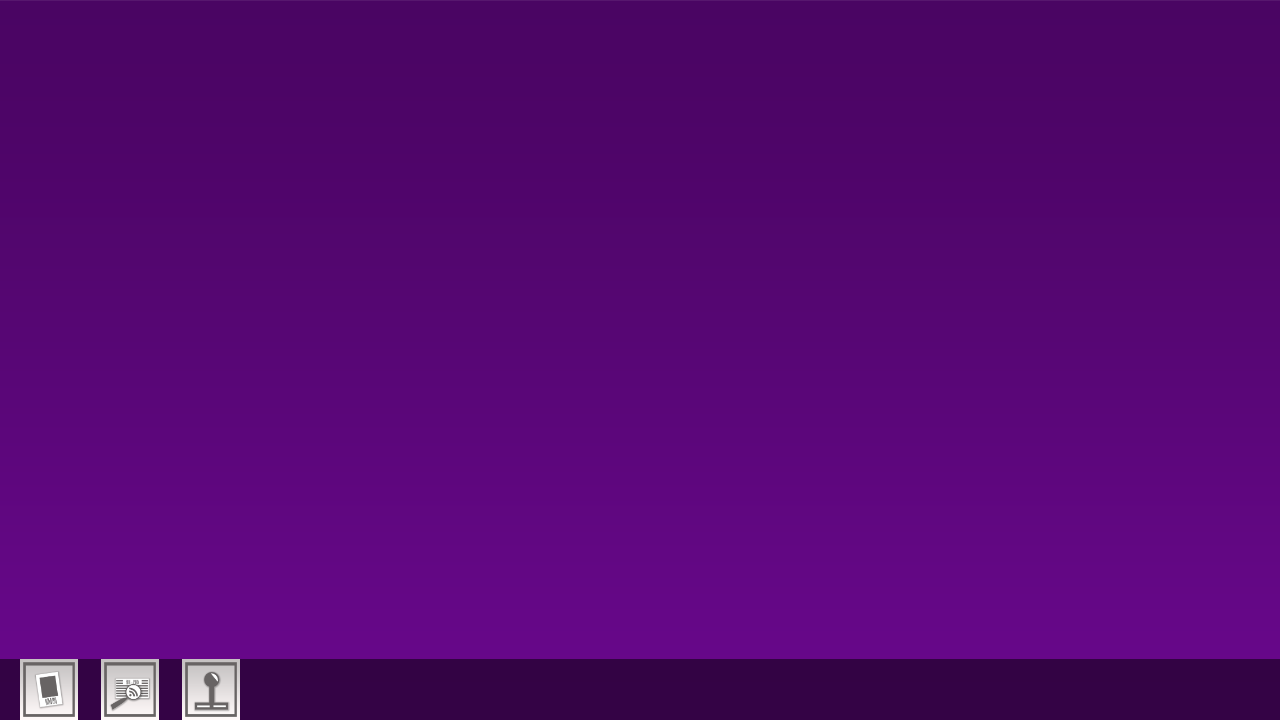
Repository: hj222hi/1dv403-laborationer
Page: 5 - pwd/index.html
The author's editor kept a record of every edit. The page is drawn from the files as they stood at one moment, then again after the next edit.
The browser window is 1280 px wide. The pictures show the whole page.

Above is the page before.

### 5 - pwd/index.html

<!DOCTYPE html>
<html lang="sv">
<head>
	<meta charset="UTF-8" />
 	<title>Da PWD!</title>
 	<link rel="stylesheet" type="text/css" href="css/style.css">
</head>
	<body id="dabody">

			<div id="wrapper">
			    <template id="template">
			        <div class="window">
			            <div class="windowtop">
			            	<img class="wimg"></img>
			                <p class="wname"></p>
			                <a href="#"><img class="closeb" src="css/closeb.png"></img></a>

			            </div>
			            <div class="windowcenter">

			            </div>
			            <div class="windowbottom">
			                <div class="hidden"></div><img src="pics/load.gif" class="load"><p class="loadtext">Laddar...</p> </div>
			            </div>

			        </div>

			 </template>

			</div>
			<div id="fotter">
				<a id="picslink" href="#"> <img class="foticons" src="pics/pics.png"/> </a>
				<a id="rsslink" href="#"> <img class="foticons" src="pics/rss.png"/> </a>
				<a id="memolink" href="#"> <img class="foticons" src="pics/game.png"/> </a>
			</div>
			 <script type="text/javascript" src="javascript/variables.js"></script>
			 <script type="text/javascript" src="javascript/random.js"></script>
              	 <script type="text/javascript" src="javascript/memory.js"></script>


              	 <script src="javascript/Rss.js"></script>
              	 <script src="javascript/gallery.js"></script>
              	 <script src="javascript/window.js"></script>
              	 <script src="javascript/init.js"></script>
              	 <script src="javascript/Start.js"></script>




    </body>
</html>

### 5 - pwd/css/style.css
@font-face {
    font-family: rubrik;
    src: url(poty.ttf);
}

#dabody{

	background-image: url("bak.png");

	margin:0px;
	padding:0px;
}

h3{
	font-family: rubrik;
	font-size: 90px;
	letter-spacing: 10px;
	color: white;
	margin-left: 37.5%;
	}
p{
    font-family:arial;
    color:white;
    font-size: 9px;
    margin-top: 2px;

}
#wrapper{
	margin: auto;
	width: 100%;
}

#fotter{
	color: white;
	/*opacity: 0.5; */
	font-family: arial;
    background-color: rgba(0,0,0,0.5);
    width: 100%;
    position: absolute;
    bottom: 0px;

    height: 61px;

}
a{
	color: white;
	text-decoration: none;
}

.window{
    height: 308px;
    width:444px;
-webkit-border-radius: 12px;
-moz-border-radius: 12px;
border-radius: 12px;
-webkit-box-shadow: 3px 3px 21px 0px rgba(28, 21, 28, 0.75);
-moz-box-shadow:    3px 3px 21px 0px rgba(28, 21, 28, 0.75);
box-shadow:         3px 3px 21px 0px rgba(28, 21, 28, 0.75);

margin:10px;
position: absolute;
z-index: 0;
}

.windowtop{
     background-color: #350348;

    height: 25px;
/*margin-top: 20%;*/
padding-left: 22px;
-webkit-border-top-left-radius: 12px;
-webkit-border-top-right-radius: 12px;
-moz-border-radius-topleft: 12px;
-moz-border-radius-topright: 12px;
border-top-left-radius: 12px;
border-top-right-radius: 12px;
}

.windowname{
    font-family: arial;
color: white;
float: left;
font-size: 15px;
    margin: 0px;
}

.closeb{

    width: 13px;
    float: left;
    margin-top: 1%;
    margin-left: 72%;

    transition-property: transform;
    transition-duration: 10s;
    transition-timing-function: linear;
    transition-delay: 0s;

}
.closeb:hover{
    -ms-transform: rotate(3600deg); /* IE 9 */
    -webkit-transform: rotate(3600deg); /* Chrome, Safari, Opera */
    transform: rotate(3600deg);
}

.windowcenter{

    clear: both;
    background-color: rgb(216, 216, 216);
    height: 267px;
    width: 100%;
    margin-bottom: 0px;
    overflow-y: scroll;

}

.windowbottom{

   background-color: #350348;
margin: 0px;
height: 15px;
padding-top: -1px;
padding-top: 1px;
padding-left: 22px;
-webkit-border-bottom-left-radius: 12px;
-moz-border-radius-bottomleft: 12px;
border-bottom-left-radius: 12px;
}

.foticons{
    width: 58px;
    margin-left:20px;
    position:absolute;
    top:0;
    z-index:3;
    transition-property: width, top;
    transition-duration: 0.3s;
    transition-timing-function: linear;
    transition-delay: 0s;

}
.imgs{
    width: 72px;
float: left;
margin-left: 20px;
margin-top: 20px;
}
.foticons:hover{
    width:80px;
    top:-33px;
}

.tumbholder{

    float: left;
    background-color: rgb(188, 188, 188);
    margin: 5px;
    text-align: center;
   padding-top: 3px;
padding-bottom: 3px;
}

.load{
    height: 20px;

margin-top: -6px;
float: left;
}

.loadtext{
    float: left;

}

.hidden{
    display:none;
}

.hidden .load{
    display:none;
}

.hidden .loadtext{
    display:none;
}

.show{
    display: block;
}

#rsslink{
    margin-left: 81px;
}

.rssFeed a{
    font-family: arial;
color: black;
font-size: 9px;
}

.rssFeed h2{
    font-family: arial;
margin-bottom: 0px;
}

.rssFeed p{
    font-family: arial;
color: black;
font-size: 16px;
}

.rssFeed p a{
     font-family: arial;
color: black;
font-size: 16px;
text-decoration: underline;
}

#memolink{
    margin-left: 81px;
}

table tr td img{
    width:129px;
}

.scorep{
    font-family: arial;
font-size: 20px;
margin-left: 10px;
color: black;
}

.wname{
    float: left;
font-size: 18px;
margin-bottom: -10px;
}

.wimg{
    width: 22px;
float: left;
margin-right: 10px;
}

### 5 - pwd/javascript/variables.js
 var variables = {
       xhr: new XMLHttpRequest(),
   windowCounter: -1,

       zindexNumber: 0,
       marginTop: 30,
  };

### 5 - pwd/javascript/random.js
"use strict";
var RandomGenerator = {

	/*
		Denna metod tar antalet rader och columner som inparameter.

		Metoden returnerar en array innehållandes utslumpade tal mellan 1 och (rows*cols)/2. Varje tal representeras två
		gånger och motsvarar således en spelbricka.

		I en 4*4 matris kan Arrayen t.ex. se ut så här:
		[1,2,6,8,6,2,5,3,1,3,7,5,8,4,4,7]

		I en 2*4 matris kan Arrayen t.ex. se ut så här:
		[3,4,4,1,2,1,2,3]
	*/

	getPictureArray: function(rows, cols)
	{
		var numberOfImages = rows*cols;
		var maxImageNumber = numberOfImages/2;

	   	var imgPlace = [];

	   //Utplacering av bilder i Array
	   for(var i=0; i<numberOfImages; i++)
		  imgPlace[i] = 0;

		for(var currentImageNumber=1; currentImageNumber<=maxImageNumber; currentImageNumber++)
		{
			var imageOneOK = false;
			var imageTwoOK = false;

			do
			{
				if(imageOneOK == false)
				{
					var randomOne = Math.floor( (Math.random() * (rows*cols-0) + 0) );

					if( imgPlace[randomOne] == 0 )
					{
						imgPlace[randomOne] = currentImageNumber;
						imageOneOK = true;
					}
				}

				if(imageTwoOK == false)
				{
					var randomTwo = Math.floor( (Math.random() * (rows*cols-0) + 0) );

					if( imgPlace[randomTwo] == 0 )
					{
						imgPlace[randomTwo] = currentImageNumber;
						imageTwoOK = true;
					}
				}
			}
			while(imageOneOK == false || imageTwoOK == false);
		}

		return imgPlace;
	}
}

### 5 - pwd/javascript/memory.js
"use strict";
var Memory = {
	pics: [],
	cols: 4,
	rows: 4,
	pressed: [],
	rightpics: [],
	klickcounter: [],

	initMemory: function(){
		//var rimg
		Memory.pics =  RandomGenerator.getPictureArray(Memory.cols, Memory.rows );
		//.push(rimg)
		console.log(Memory.pics);
		console.log("46");
		WindowCapselr.loadCloseButton(variables.windowCounter);
		Memory.renderGame();
	},
	renderGame: function(){

		var table = document.createElement("table");


		for(var i = 0; i < Memory.rows; ++i){
		var row = document.createElement("tr");


			for (var j = 0; j < Memory.cols; ++j) {
				var col = document.createElement("td");
				var a = document.createElement("a");
				var img = document.createElement("img");
				var p = document.createElement("p");
				var counter = (i*Memory.cols)+j;
				//a.setAttribute("class",""+ j +"");
				var imageclass = Memory.pics[counter];
				img.setAttribute("class",imageclass );
				p.setAttribute("class","scorep");
				img.setAttribute("src","pics/0.jpg");
				a.setAttribute("href","#");
				a.setAttribute("class","classtag");
				a.flipped = false;
				a.appendChild(img)
				col.appendChild(a);
				row.appendChild(col);
				a.addEventListener('click', Memory.card);

			}
			table.appendChild(row);
			var windowCenter = document.querySelectorAll(".windowcenter");
			var Window = document.querySelectorAll(".window");
			windowCenter[variables.windowCounter].appendChild(table);
			windowCenter[variables.windowCounter].appendChild(p);
			windowCenter[variables.windowCounter].style.height = "639px";
			Window[variables.windowCounter].style.height = "680px";
			Window[variables.windowCounter].style.width = "553px";


		}

	},
	card: function(){

if(this.flipped == false){
	this.flipped = true;
					var imgclass = this.firstChild;
					var imgpath = imgclass.getAttribute("class")
					console.log(imgclass.classList);
						console.log(this.firstChild);
						var imgPathRight = imgclass.classList[0];
			imgclass.setAttribute("src","pics/"+imgPathRight+".jpg");
			imgclass.className += " press";
			Memory.pressed.push(imgclass);
			Memory.klickcounter.push(imgclass);
			var amountOfClicks = Memory.klickcounter.length;
				var scoreHolder = document.querySelectorAll(".scorep");
				scoreHolder[variables.windowCounter].innerHTML="Antal klick " + amountOfClicks;

			console.log(Memory.pressed)
			if (Memory.pressed.length > 1) {
				var class1 = Memory.pressed[0].classList[0];
				var class2 = Memory.pressed[1].classList[0];
				var element1 =  Memory.pressed[1];
				var element2 = Memory.pressed[0];

				if( class1 === class2 ){
					this.removeEventListener("click",Memory.card);
					element2.setAttribute("class","right");
					element1.setAttribute("class","right");
					console.log(element1);
					console.log(element2);
					Memory.rightpics.push(element1,element2);
					console.log(Memory.rightpics);
					var amountOfRightPics = Memory.rightpics.length;
					// var scoreHolder document.querySelectorAll(".scorep");
					scoreHolder[variables.windowCounter].innerHTML= "Antal rätt " + amountOfRightPics/2;
					Memory.pressed = [];
					console.log(Memory.rightpics.length);
				}
				else
				{
					var imgtag = document.getElementsByClassName("press");
					console.log(Memory.renderGame.a);
					var atags = document.querySelectorAll(".classtag");
					console.log(atags);

					for(var m = 0; m < atags.length; m++){
					atags[m].removeEventListener("click", Memory.card);
					}
					element1.parentNode.flipped = false;
					element2.parentNode.flipped = false;
					setTimeout(function(){
						for(var l = 0; l < imgtag.length; l++){
						imgtag[l].setAttribute("src","pics/0.jpg");

						imgclass.className + " press";
						for(var m = 0; m < atags.length; m++){
							atags[m].addEventListener("click", Memory.card);
						}
					}
						imgtag = [];
						Memory.pressed = [];
						console.log(imgtag);
						console.log(Memory.pressed);

					}, 1000);

					Memory.pressed = [];

				}
			};
        	Memory.cardChecker();
	}},
	cardChecker: function(){
		if (Memory.rightpics.length === (Memory.cols * Memory.rows)) {
			alert("GRATTIS DU VANN!! ")
		};

	}


}
// window.onload = Memory.init;

### 5 - pwd/javascript/Rss.js
var RssWindow ={

    SetUpRss: function(){
        console.log("den kör");
        variables.xhr.onreadystatechange = function(){
            var load = document.querySelectorAll(".hidden");
            var load2 = document.querySelectorAll(".load");
            var load3 = document.querySelectorAll(".loadtext");
            if(variables.xhr.readyState === 4 && variables.xhr.status !== 400){
                var windowCenter = document.querySelectorAll(".windowcenter");
                var parser = new DOMParser();
                var feed = parser.parseFromString(variables.xhr.responseText, "text/html");
                console.log(windowCenter);
                windowCenter[variables.windowCounter].appendChild(feed.firstChild);
                WindowCapselr.loadCloseButton(variables.windowCounter);
                }
            }
            console.log(variables.windowCounter);
            variables.xhr.open('GET',"http://homepage.lnu.se/staff/tstjo/labbyServer/rssproxy/?url="+escape("http://gatuslang.se/feed/"));
            variables.xhr.send(null);
   }


};

### 5 - pwd/javascript/gallery.js

var Gallery ={
    SetUpImages: function(){

        variables.xhr.onreadystatechange = function(){
        console.log(variables.windowCounter);
        var imgArray;
        //Hämtar och vissar load bilden
        var load = document.querySelectorAll(".hidden");
        var load2 = document.querySelectorAll(".load");
        var load3 = document.querySelectorAll(".loadtext");

        if(variables.xhr.readyState === 4 && variables.xhr.status !== 400){
            //Döljer load bilden och vissar galleiet
            console.log(load[variables.windowCounter]);
            load[variables.windowCounter].classList.add("hidden")
            load2[variables.windowCounter].classList.add("hidden")
            load3[variables.windowCounter].classList.add("hidden")
            imgArray = JSON.parse(variables.xhr.responseText);
            var windowCenter = document.querySelectorAll(".windowcenter");
           //Skriver ut bilder
            for(var i = 0; i < imgArray.length; i++){
                var tumbHolder = document.createElement("div");
                tumbHolder.setAttribute("class","tumbholder")
                var tumb = document.createElement("img");
                var a = document.createElement("a");
                a.setAttribute("href","#")
                a.setAttribute("class","atag")
                windowCenter[variables.windowCounter].appendChild(a);
                a.appendChild(tumbHolder);
                tumb.setAttribute("class",""+i+"")
                tumb.setAttribute("class","tumb")
                tumb.setAttribute("src",""+imgArray[i].thumbURL+"")
                tumbHolder.appendChild(tumb);
               //Här kollar vi måtten på den största tumben genom att testa dom mot två värden
                var maxWidth = 75;
                var maxHeight = 50;
                if(imgArray[i].thumbWidth > maxWidth){
                    maxWidth = imgArray[i].thumbWidth;

                }
                if(imgArray[i].thumbHeight > maxHeight){
                    maxHeight = imgArray[i].thumbHeight;
                            // console.log(maxHeight);
                }
                //Här sätter vi måtten för tumbarna
                tumbHolder.style.height = ""+maxHeight+"px";
                tumbHolder.style.width = ""+maxWidth+"px";
                    //  console.log(imgArray[i].URL);

                Gallery.setBackground(tumbHolder, imgArray[i].URL);

            }
            console.log(variables.windowCounter);

            tumbHolder.appendChild(tumb);
        }
                // console.log(windowCenter);

            };
            //Hämtar bilder
        variables.xhr.open('GET','http://homepage.lnu.se/staff/tstjo/labbyServer/imgviewer/', true);
        variables.xhr.send(null);

        // var wName = document.getElementsByClassName("windowname")
        // for(var n = 0; n< wName.length; n++){
        //   wName[n].innerHTML("Pics")
        // };


    },
    //Ändrar bakgrund
    setBackground: function(tumbHolder, url){
        //  console.log(tumbHolder);
        tumbHolder.addEventListener("click", function(){
            var body = document.getElementById("dabody");
            //  console.log(body);
            body.style.backgroundImage = 'url('+url+')';
        })

     }
};

### 5 - pwd/javascript/window.js
var WindowCapselr = {
    //Funktionen som skapar fönstret
    // Den hämtar in tre parametrar som är funktionen som ska köras
    //i fönstret, Namnet på fönstret och src till ikonen
    Window: function (func, name, src){
        console.log(func);
        //variabel som håller koll på vilket numer det aktuella fönstret har
        variables.windowCounter += 1;
        console.log(variables.windowCounter);
        //Hämtar HTML Templaten
        var template = document.querySelector("#template");
        var windowTemplate = template.content.querySelector(".window");
        //Clonar ut templatet
        var w = windowTemplate.cloneNode(true);
       //Appendar templaten i #wrapper
        document.querySelector('#wrapper').appendChild(
        w);
        //Hämtar p tagen som ska hålla namnet
         var wt = document.querySelectorAll(".wname");
        console.log(wt);
        //Stoppar in nament
        wt[variables.windowCounter].innerHTML = name;
        //Hämtar ut img tagen som ska hålla ikoenn
        var wimg = document.querySelectorAll(".wimg");
        console.log(wimg);
        //Stoppar in bilden
        wimg[variables.windowCounter].setAttribute("src",src);
       //Kör funktionen som ska vara i fönstret
        func;
        //Kod som puttar ner näta fönster
        var ThisWindow = document.querySelectorAll(".window");
        console.log(ThisWindow[variables.windowCounter]);
        console.log(variables.windowCounter);
        ThisWindow[variables.windowCounter].style.zIndex = ""+variables.zindexNumber+"";
        ThisWindow[variables.windowCounter].style.marginTop = ""+variables.marginTop+"px"
        WindowCapselr.fokusWindow(ThisWindow[variables.windowCounter]);
        //Ökar z-indexet för nästa fönster
        variables.zindexNumber++;
        //Ökar marginalen för nästa fönster
        variables.marginTop += 30;
        //Kör funktionen som laddar stängningskanppen
        WindowCapselr.loadCloseButton(variables.windowCounter);

    },
    //Funktion som laddar stängknappen
    loadCloseButton: function(windowNumber){
        var allTheWindows = document.querySelectorAll(".window");
        //Hämtar det aktuellafönstret
        // var theWindowThatsAboutToBeClosed = allTheWindows[windowNumber];
        //Hämtar ut stängkanppen
        var closeButton = document.querySelectorAll(".closeb");
        //  console.log(closeButton);
        console.log(variables.windowCounter);
        console.log(closeButton[variables.windowCounter]);
        //Lägger en klick funktion på stängknappen
        closeButton[windowNumber].addEventListener("click", function(){
            //  console.log(theWindowThatsAboutToBeClosed);
        console.log(allTheWindows[variables.windowCounter]);
        allTheWindows[windowNumber].style.display = 'none';
        // variables.marginTop - 30;

         });
    },

    fokusWindow: function(thisWIndow){

        thisWIndow.addEventListener("click", function(){
            var higherZindex = variables.zindexNumber += 1;
            thisWIndow.style.zIndex = ""+ higherZindex+"";
        });
    },

};

### 5 - pwd/javascript/init.js
"use strict"
var theWindow = {
//initeierar galleriknappen
    setButtonPics: function(){

         document.getElementById("picslink").addEventListener("click", function(){

            var Window1 = new WindowCapselr.Window(Gallery.SetUpImages(),"Gallery", "pics/pics.png");


        });
    },

    setRSSPics: function(){
        document.getElementById("rsslink").onclick = function(){

       var window2 = new WindowCapselr.Window(RssWindow.SetUpRss(),"RSS","pics/rss.png");

        }
        // addToO();
        },

    setMemoryPics: function(){
        document.getElementById("memolink").onclick = function(){

        Memorywindow: new WindowCapselr.Window(Memory.initMemory(),"Memory","pics/game.png");

        // addToO();
        }
    },

    initButton: function(){
       theWindow.setButtonPics();
       theWindow.setRSSPics()
       theWindow.setMemoryPics()
       console.log(window);
    },
    // }

    };


window.onLoad = theWindow.initButton();

### 5 - pwd/javascript/Start.js
function Start()
{

}

After the next edit:
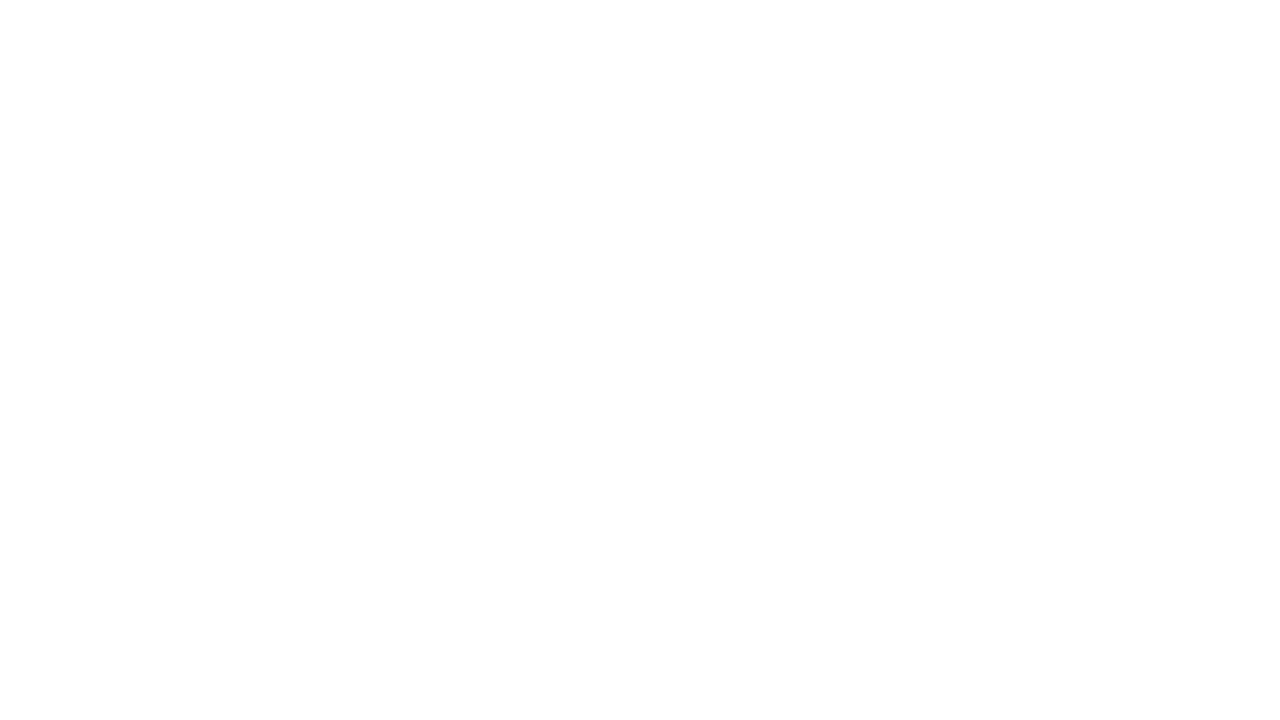
The edit:
--- a/5 - pwd/index.html
+++ b/5 - pwd/index.html
@@ -3,8 +3,11 @@
 <html lang="sv">
 <head>
 	<meta charset="UTF-8" />
- 	<title>Da PWD!</title>
+ 	<title>PWD!</title>
  	<link rel="stylesheet" type="text/css" href="css/style.css">
+ 	<!--<link rel="stylesheet" type="text/css" href="javascript/ie/style.css">
+ 	 <script src="javascript/ie/html5shiv.js"></script>
+ <script src="javascript/ie/html5shiv-printshiv.js"></script>
 </head>
 	<body id="dabody">
 

After the edit that followed:
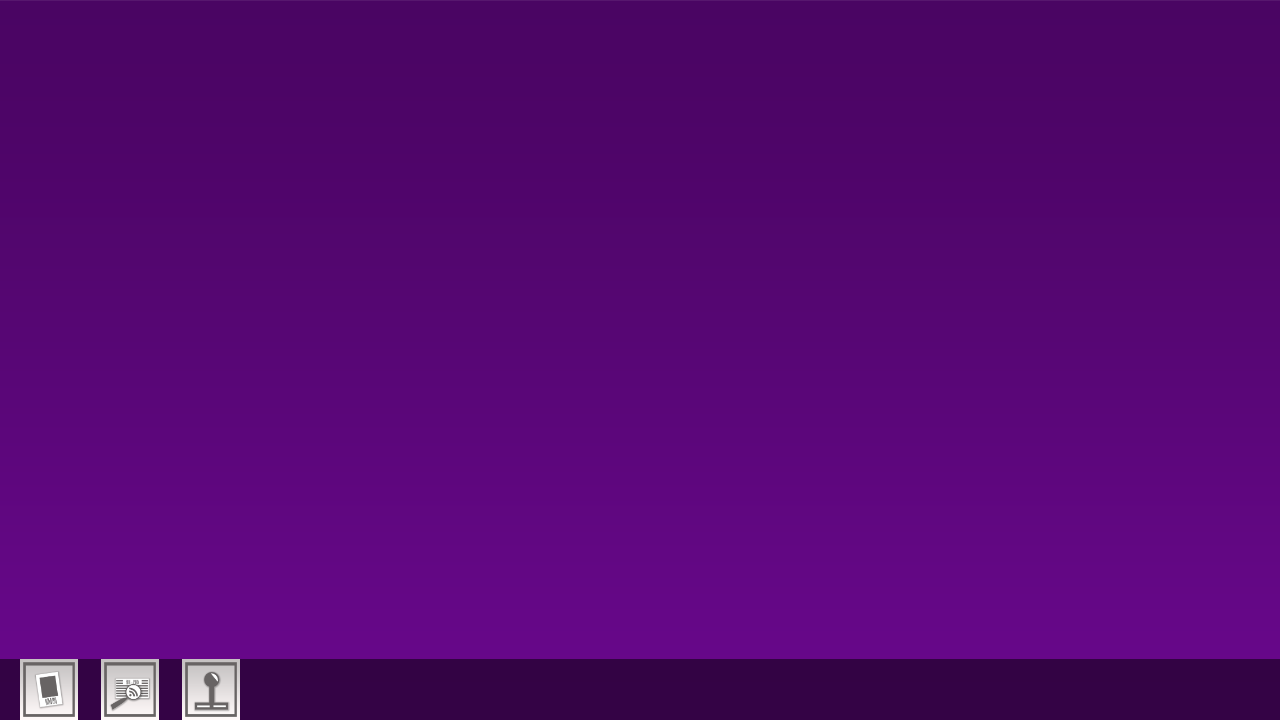
The edit:
--- a/5 - pwd/index.html
+++ b/5 - pwd/index.html
@@ -7,7 +7,7 @@
  	<link rel="stylesheet" type="text/css" href="css/style.css">
  	<!--<link rel="stylesheet" type="text/css" href="javascript/ie/style.css">
  	 <script src="javascript/ie/html5shiv.js"></script>
- <script src="javascript/ie/html5shiv-printshiv.js"></script>
+ <script src="javascript/ie/html5shiv-printshiv.js"></script> -->
 </head>
 	<body id="dabody">
 
